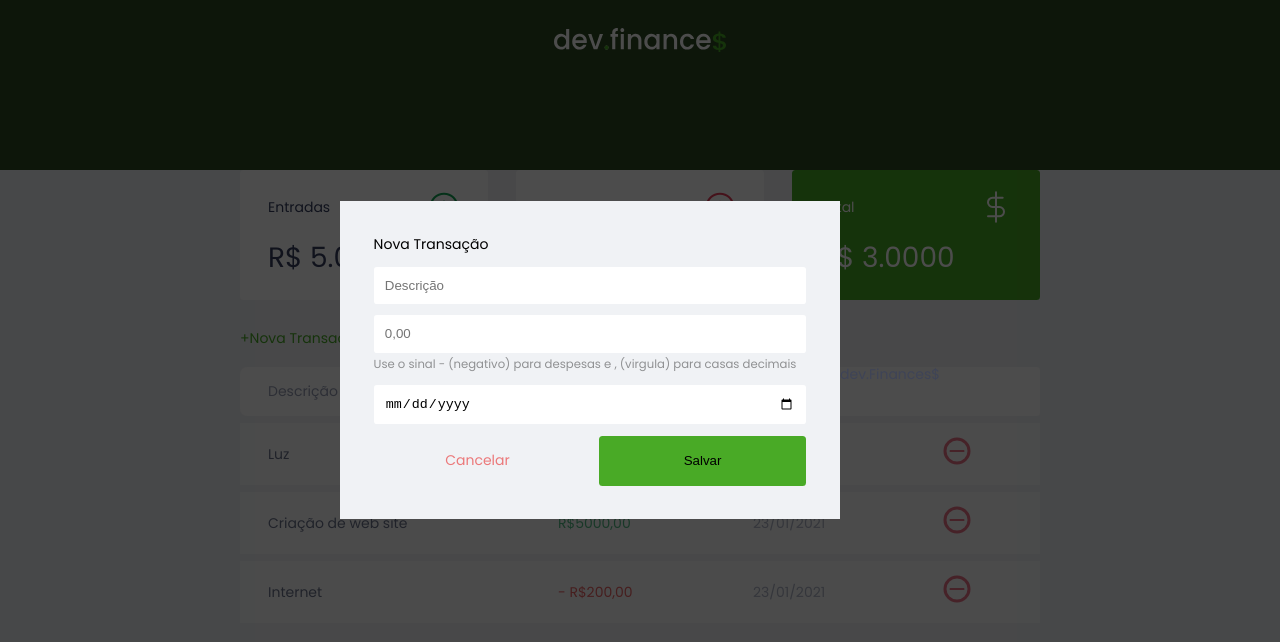
Repository: rafaelmgr12/maratona-dev01
Page: index.html
An editor plug-in stored every save of this project. The page is shown before and after the next save, followed by the edit.
The browser window is 1280 px wide. The pictures show the whole page.

Above is the page before, as saved 2021-04-28 14:43:26.

### index.html
<!DOCTYPE html>
<html lang="pt-br">
  <head>
    <meta charset="UTF-8" />
    <meta http-equiv="X-UA-Compatible" content="IE=edge" />
    <meta name="viewport" content="width=device-width, initial-scale=1.0" />
    <title>Rafael-app.finance$</title>
    <link rel="stylesheet" href="style.css" />
    <link rel="preconnect" href="https://fonts.gstatic.com" />
    <link
      href="https://fonts.googleapis.com/css2?family=Poppins:ital,wght@0,100;0,400;0,700;1,100;1,400;1,700&display=swap"
      rel="stylesheet"
    />
  </head>
  <body>
    <header>
      <img src="./assets/logo.svg" alt="Logo dev.Finance" />
    </header>
    <main class="container">
      <section id="balance">
        <h2 class="sr-only">Balanço</h2>

        <div class="card">
          <h3>
            <span>Entradas </span>
            <img src="./assets/income.svg" alt="Imagem de entradas" />
          </h3>
          <p>R$ 5.000,0</p>
        </div>
        <div class="card">
          <h3>
            <span>Saídas</span>
            <img src="./assets/expense.svg" alt="Image de saídas" />
          </h3>
          <p>R$ 2.000,00</p>
        </div>
        <div class="card total">
          <h3>
            <span>Total</span>
            <img src="./assets/total.svg" alt="Image de total" />
          </h3>
          <p>R$ 3.0000</p>
        </div>
      </section>
      <section id="transaction">
        <h2 class="sr-only">Transações</h2>

        <a href="#"
        onclick = "Modal.open()" class="button new">+Nova Transação</a>

        <table id="data-table">
          <thead>
            <tr>
              <th>Descrição</th>
              <th>Valor</th>
              <th>Data</th>
              <th></th>
            </tr>
          </thead>
          <tbody>
            <tr>
              <td class="description">Luz</td>
              <td class="expense">- R$500,00</td>
              <td class="date">23/01/2021</td>
              <td><img src="./assets/minus.svg" alt="Retirar Transação" /></td>
            </tr>
            <tr>
              <td class="description">Criação de web site</td>
              <td class="income">R$5000,00</td>
              <td class="date">23/01/2021</td>
              <td><img src="./assets/minus.svg" alt="Retirar Transação" /></td>
            </tr>
            <tr>
              <td class="description">Internet</td>
              <td class="expense">- R$200,00</td>
              <td class="date">23/01/2021</td>
              <td><img src="./assets/minus.svg" alt="Retirar Transação" /></td>
            </tr>
          </tbody>
        </table>
      </section>
    </main>
    <div class="modal-overlay active">
      <div class="modal">
        Nova Transação
        <form action="">
          <div class="input-group">
            <label class="sr-only" for="description"> Descrição </label>
            <input
              type="text"
              id="description"
              name="description"
              placeholder="Descrição"
            />
          </div>
          <div class="input-group">
            <label class="sr-only" for="amount"> Valor </label>
            <input
              type="number"
              step="0.01"
              id="amount"
              name="amount"
              placeholder="0,00"
            />
            <small class="help">
              Use o sinal - (negativo) para despesas e , (virgula) para casas
              decimais
            </small>
            <div class="input-group">
              <label class="sr-only" for="date"> Data </label>
              <input
                type="date"
                step="0.01"
                id="date"
                name="date"
              />
          </div>
          <div class="input-group actions">
            <a href="#" class="button cancel"> Cancelar</a>
            <button>Salvar</button>
          </div>
        </form>
      </div>
    </div>
    <script>
      Modal = {open(){
        // Abrir Modal
        // Adicionar a class active ao modal
        alert("Oi")
      },
      close(){
        //Fechar Modal
        // Remover a class active do modal
      }}
    </script>
    <footer>dev.Finances$</footer>
  </body>
</html>

### style.css
/* Global ======================================== */
:root {
  --dark-blue: #363f5f;
  --green: #49aa26;
  --light-green: #3dd705;
  --red: #e92929;
}
* {
  margin: 0;
  padding: 0;
  box-sizing: border-box;
}

html {
  font-size: 93.75%; /* 15px */
}

body {
  background: #f0f2f5;
  font-family: "Poppins", sans-serif;
}
/*Tricks para sumir elementos da tela, mantendo a funcionalidade de um screenreader*/
.sr-only {
  position: absolute;
  width: 1px;
  height: 1px;
  padding: 0;
  margin: -1px;
  overflow: hidden;
  clip: rect(0, 0, 0, 0);
  white-space: nowrap;
  border-width: 0;
}
.container {
  width: min(90vw, 800px);
  margin: auto;
}
/* Titles ======================================== */
h2 {
  margin-top: 3.2rem;
  margin-bottom: 0.8rem;
  color: var(--dark-blue);

  font-weight: normal;
}
/* Links and Buttons ======================================== */
a {
  color: var(--green);
  text-decoration: none;
}

a:hover {
  color: var(--light-green);
}
button {
  width: 100%;
  height: 50px;

  border: none;
  background: var(--green);

  padding: 0;

  border-radius: 0.25rem;

  cursor: pointer;
}

button:hover {
  background: var(--light-green);
}
.button.new {
  display: inline-block;
  margin-bottom: 0.8rem;
}

.button.cancel {
  color: var(--red);
  border: 2px var(--red) solid;
  border-radius: 0.25;
  height: 50px;

  display: flex;
  align-items: center;
  justify-content: center;

  opacity: 0.6;
}
.button.cancel:hover {
  opacity: 1;
}

/* Header ======================================== */
header {
  background: #2d4a22;
  padding: 2rem 0 8rem;
  text-align: center;
}
.button.cancel {
  color: var(--red);
  border: 2px;
}

#logo {
  color: #fff;
  font-weight: 100;
}

/* Balance ======================================== */
balance {
  margin-top: -8rem;
}

balance h2 {
  color: white;
  margin-top: 0;
}

/* Cards ======================================== */

.card {
  background: white;
  padding: 1.5rem 2rem;
  border-radius: 0.25rem;

  margin-bottom: 2rem;

  color: var(--dark-blue);
}

.card h3 {
  font-weight: normal;
  font-size: 1rem;
  display: flex;
  align-items: center;
  justify-content: space-between;
}

.card p {
  font-size: 2rem;
  line-height: 3rem;

  margin-top: 1rem;
}

.card.total {
  background: var(--green);
  color: white;
}
/* Table  ======================================== */
#transaction {
  display: block;
  width: 100%;
  overflow-x: auto; /*Para lidar com transbordamento do container*/
}
#data-table {
  width: 100%;
  border-spacing: 0 0.5rem;
  color: #969cb3;

}
table thead tr th:first-child,
table thead tr td:first-child {
  border-radius: 0.5rem 0 0 0.5rem;
}

table thead tr th:last-child,
table thead tr td:last-child {
  border-radius: 0 0.25rem 0.25rem 0;
}

table thead th {
  background: white;

  font-weight: normal;
  padding: 1rem 2rem;
  text-align: left;
}
table tbody tr {
  opacity: 0.7;
}
table tr:hover {
  opacity: 1;
}
table tbody td {
  background: white;
  padding: 1rem 2rem;
}

td.description {
  color: var(--dark-blue);
}

td.income {
  color: #12a454;
}
td.expense {
  color: var(--red);
}
/* Modal ======================================== */
.modal-overlay {
  width: 100%;
  height: 100%;

  background-color: rgb(0, 0, 0, 0.7);
  position: fixed;
  top: 0;

  display: flex;
  align-items: center;
  justify-content: center;

  opacity: 0;
  visibility: hidden;
}
.modal-overlay.active {
  opacity: 1;
  visibility: visible;
}
.modal {
  background: #f0f2f5;
  padding: 2.4rem;
  position: relative;
  width: 70%;
  max-width: 500px;
}
/* Form ======================================== */

#form {
  max-width: 500px;
}
#form h2 {
  margin-top: 0;
}

input {
  border: none;
  border-radius: 0.2rem;
  padding: 0.8rem;

  width: 100%;
}
.input-group {
  margin-top: 0.8rem;
}
.input-group small {
  opacity: 0.4;
}
.input-group.actions {
  display: flex;
  justify-content: space-between;
  align-items: center;
}

.input-group.actions .button,
.input-group.actions button {
  width: 48%;
}

/* footer ======================================== */
footer {
  text-align: center;
  padding: 4rem 0 2rem;
  color: var(--dark-blue);

  opacity: 0.6;
}
/* Responsive ======================================== */

@media (min-width: 800px) {
  html {
    font-size: 87.5%;
  }
  #balance {
    display: grid;
    grid-template-columns: repeat(3, 1fr);
    gap: 2rem;
  }
}

After the next save:
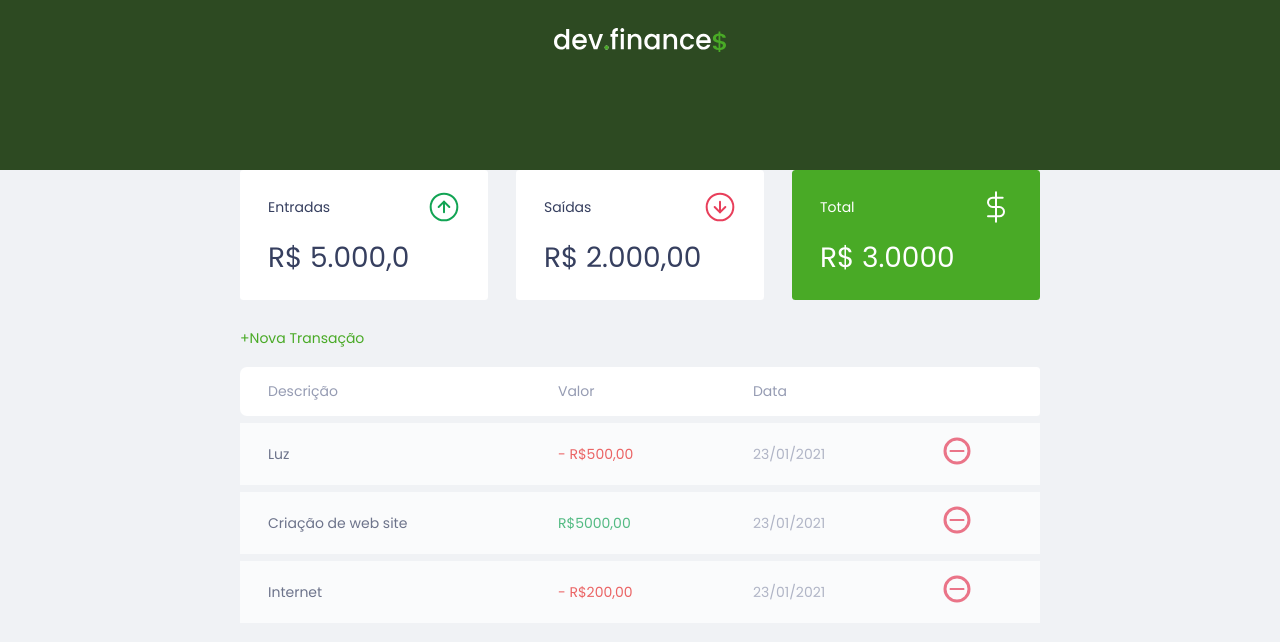
Saved 97 s later.
--- a/index.html
+++ b/index.html
@@ -80,7 +80,7 @@
         </table>
       </section>
     </main>
-    <div class="modal-overlay active">
+    <div class="modal-overlay">
       <div class="modal">
         Nova Transação
         <form action="">
